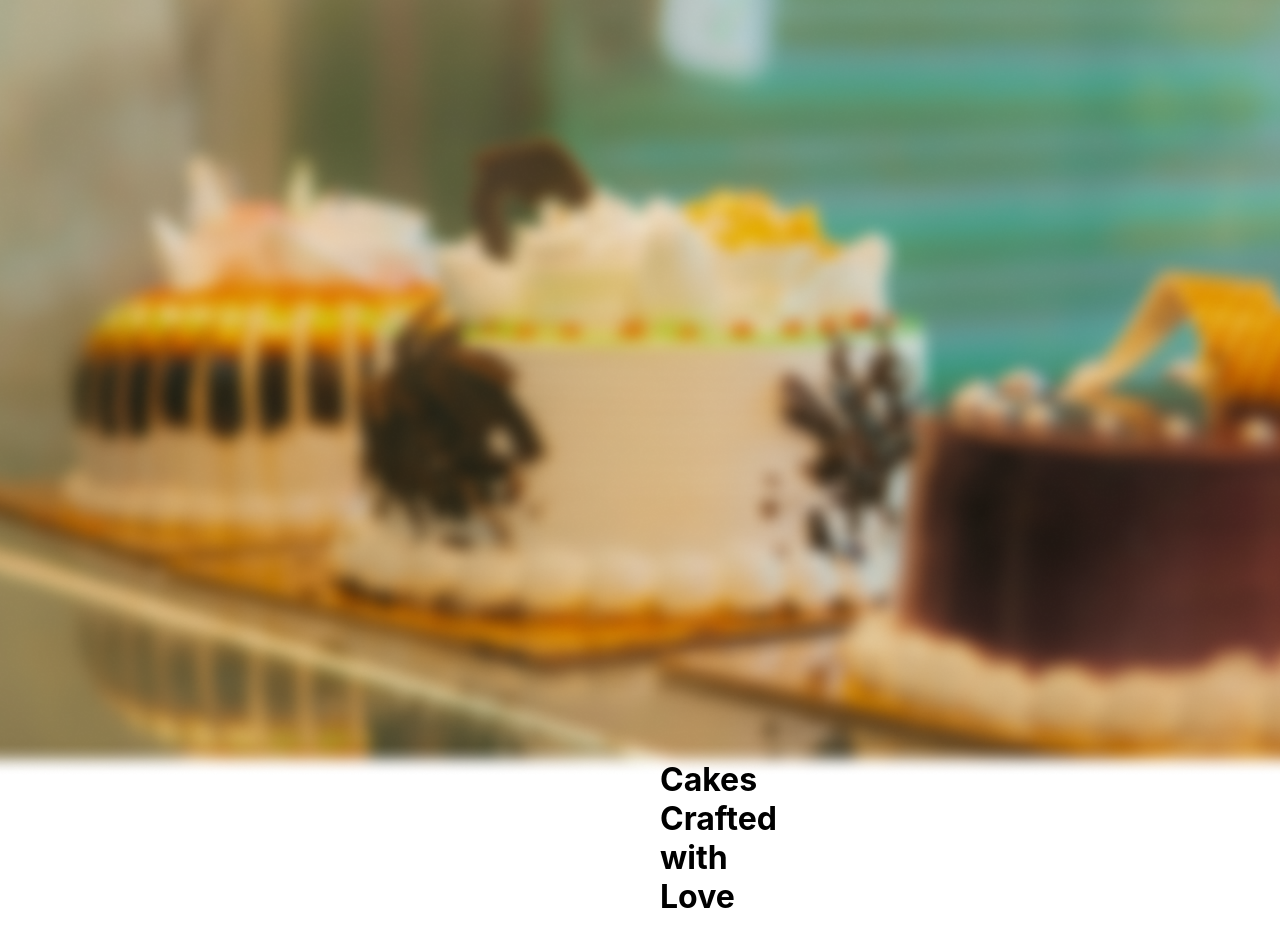
Repository: MEROO1010/cake-box-website
Page: / (app in Cake_box/cake_website/cake_frontend/)
The author's editor kept a copy of each file at every save. The page is drawn from the files as they stood at one save, then again after a run of saves.
The browser window is 1280 px wide. The pictures show the whole page.
The project was rebuilt for these pictures with package versions that can differ from the ones it lists, and the page was loaded fresh each time.

Above is the page before, as saved 2024-10-22 11:54:46.

After the next 2 saves:
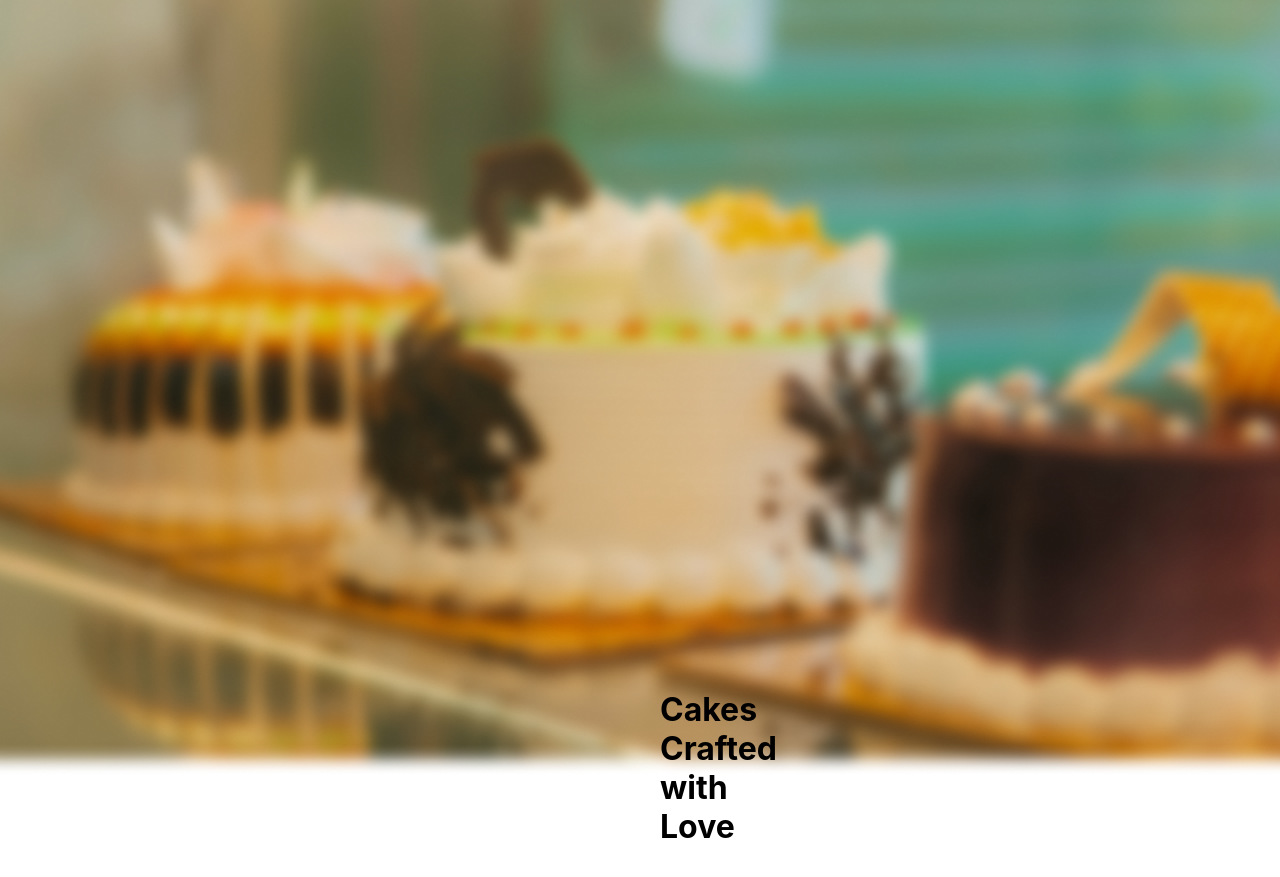
The 2 saves are shown as one change because they came seconds apart.
The last was saved 7 s later.
--- a/Cake_box/cake_website/cake_frontend/src/components/HomePage/Homepage.jsx
+++ b/Cake_box/cake_website/cake_frontend/src/components/HomePage/Homepage.jsx
@@ -25,7 +25,7 @@ const Container = styled.div `
    h1{
     color:black;
     margin-left:660px;
-    margin-top:-20px;
+    margin-top:-90px;
     padding-bottom:10px;
    }
 
